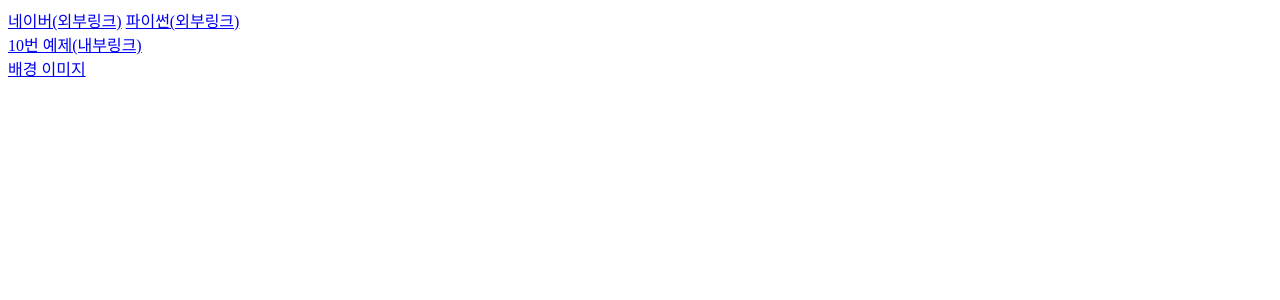
Repository: Chun0903/classStudy_github.io
Page: client/ClientTest/WebContent/ex11_link.html
These files come from the project's save history. The page is drawn as it stood at one moment and after the next save; the edit follows.
The browser window is 1280 px wide. The pictures show the whole page.

Above is the page before, as saved 2020-06-19 01:49:13.

After the next save:
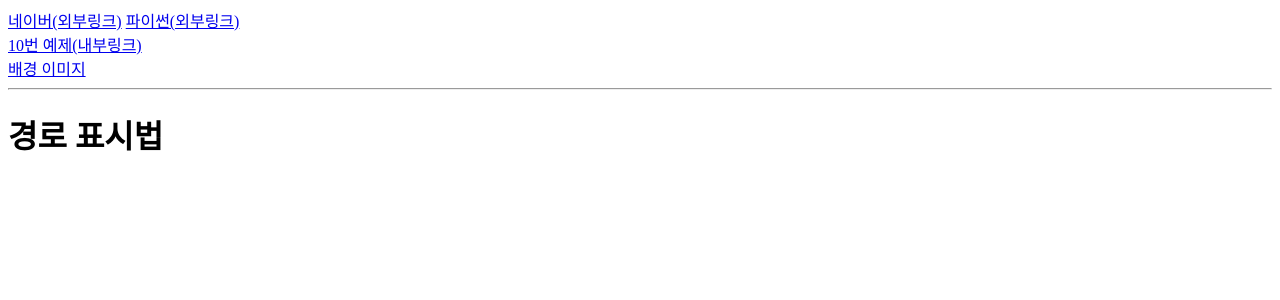
Saved 15 min 36 s later.
--- a/client/ClientTest/WebContent/ex11_link.html
+++ b/client/ClientTest/WebContent/ex11_link.html
@@ -30,6 +30,21 @@
 	<br>
 	<a href="images/고양이2.jpg">배경 이미지</a>
 
+	<hr>
+
+	<h1>경로 표시법</h1>
+
+	<!--
+
+		1. 절대 경로
+			- 어디에서 사용하던지 항상 기준이 같은 경로 표기변
+
+		2. 상대 경로
+		3. 외부 경로
+		4. 로컬 경로
+
+
+	 -->
 
 </body>
 </html>
